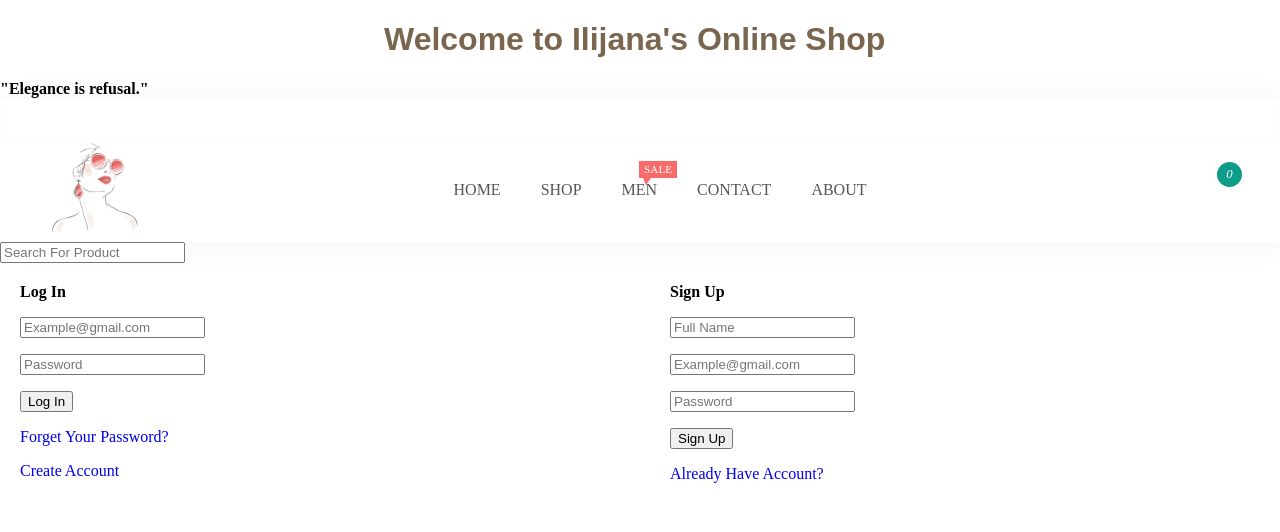
Repository: ilijana123/Proekt1
Page: html.html
The author's editor kept a copy of each file at every save. The page is drawn from the files as they stood at one save, then again after the next save.
The browser window is 1280 px wide. The pictures show the part of the page from y = 0 to 532 px (the page is 4347 px tall before and 4379 px after).
Pictures or frames that could not be fetched are drawn as grey boxes. A picture or video elsewhere on the page could not be fetched, so the positions and the page height are approximate. The page's requests for data from a server got no answer.

Above is the page before, as saved 2023-11-13 14:42:47.
Console error: TypeError: Cannot read properties of null (reading 'appendChild')

### html.html
<!DOCTYPE html>
<html>
    <head>

    <meta charset="utf-8">
    <title>Online shop</title>
    <link rel="stylesheet" type="text/css" href="1.css">
    <script src="script.js"></script>

    </head>

    <body>
    <header>
       <h1>Welcome to Ilijana's Online Shop</h1>
       <blackguote>
       <Strong> "Elegance is refusal." </Strong>
    </blackguote>
    </header>

    <nav>
 <div class="social-call">
     <div class="social">
         <a href="#"><i class="fab fa-facebook-f"></i></a>
         <a href="#"><i class="fab fa-twitter"></i></a>
         <a href="#"><i class="fab fa-youtube"></i></a>
         <a href="#"><i class="fab fa-instagram"></i></a>
     </div>
 </div>
 <div class="navigation">
     <a href="#" class="logo"><img src="logo.png"></a>
     <div class="toggle"></div>
     <ul class="menu">
         <li><a href="#">Home</a></li>
         <li class="shop" data-category="clothes"><a href="#">Shop</a></li>
         <li><a href="#">Men</a>
             <span class="sale-lable">Sale</span>
         </li>
         <li><a href="#">Contact</a></li>
         <li><a href="#">About</a></li>
     </ul>
     <div class="right-menu">
         <a href="javascript:void(0);" class="search">
             <i class="fas fa-search"></i>
         </a>
         <a href="javascript:void(0);" class="user">
             <i class="far fa-user"></i>
         </a>
         <a href="#">
             <i class="fas fa-shopping-cart">
                 <span class="num-cart-product">0</span>
             </i>
         </a>
     </div>
     </div>
 </nav>
 <div class="search-bar">
    <div class="search-input">
    <input type="text" placeholder="Search For Product" name="search" />
    <a href="javascript:void(0);" class="search-cancel">
        <i class="fas fa-times"></i>
    </a>
</div>
    <!-- Додадете секции за секоја категорија -->
    <section id="clothes-section" class="category-section">
        <!-- Содржина за облека -->
    </section>

    <section id="shoes-section" class="category-section">
        <!-- Содржина за обувки -->
    </section>

    <section id="fashion-accessories-section" class="category-section">
        <!-- Содржина за модни додатоци -->
    </section>
</div>
 <div class="form">
    <div class="login-form">
        <a href="javascript:void(0);" class="form-cancel">
            <i class="fas fa-times"></i>
        </a>
        <strong>Log In</strong>
        <form>
            <p><input type="email" name="email" placeholder="Example@gmail.com" required/></p>
            <p><input type="password" name="password" placeholder="Password" required/></p>
            <p><input type="submit" value="Log In"/></p>
        </form>
        <div class="form-btns">
            <p><a href="#" class="forget">Forget Your Password?</a></p>
            <p><a href="javascript:void(0);" class="sign-up-btn">Create Account</a></p>
        </div>
    </div>
        <div class="sign-up-form">
        <a href="javascript:void(0);" class="form-cancel">
            <i class="fas fa-times"></i>
        </a>
            <strong>Sign Up</strong>
            <form>
                <p><input type="text" name="fullname" placeholder="Full Name" required/></p>
                <p><input type="email" name="email" placeholder="Example@gmail.com" required/></p>
                <p><input type="password" name="password" placeholder="Password" required/></p>
                <p><input type="submit" value="Sign Up"/></p>
            </form>
            <div class="form-btns">
                <a href="javascript:void(0);" class="already-account">
                    Already Have Account?</a>

            </div>
        </div>
</div>
<ul id="adaptive" class="cs-hidden">
    <li class="item-a">
<div class="full-slider-box f-slide-1">

    <div class="f-slider-text-container">
    <div class="f-slider-text">
        <span>Limited Offer</span>
        <strong>30% Off<br/> With <font>Promo Code</font></strong>
        <a href="#" class="f-slider-btn">Shop Now</a>
    </div>
    </div>

</div>
</li>
    <li class="item-b">
<div class="full-slider-box f-slide-2">

    <div class="f-slider-text-container">
    <div class="f-slider-text">
        <span>Limited Offer</span>
        <strong>30% Off<br/> With <font>Promo Code</font></strong>
        <a href="#" class="f-slider-btn">Shop Now</a>
    </div>
    </div>

</div>
</li>
     <li class="item-c">
<div class="full-slider-box f-slide-3">

    <div class="f-slider-text-container">
    <div class="f-slider-text">
        <span>Limited Offer</span>
        <strong>30% Off<br/> With <font>Promo Code</font></strong>
        <a href="#" class="f-slider-btn">Shop Now</a>
    </div>
    </div>

</div>
</li>

</ul>
        <ul id="autoWidth" class="container" class="cs-hidden">
            <li class="item">
                <div class="feature-box">
                    <a href="#">
                        <img src="images/feature_1.jpg">
                    </a>
                </div>
                <span>T-Shirts</span>
            </li>
            <li class="item">
                <div class="feature-box">
                    <a href="#">
                        <img src="images/feature_2.jpg">
                    </a>
                </div>
                <span>Men T-Shirts</span>
            </li>
            <li class="item">
                <div class="feature-box">
                    <a href="#">
                        <img src="images/feature_3.jpg">
                    </a>
                </div>
                <span>Kids T-Shirts</span>
            </li>
            <li class="item">
                <div class="feature-box">
                    <a href="#">
                        <img src="images/feature_4.jpg">
                    </a>
                </div>
                <span>Pillow</span>
            </li>
            <li class="item">
                <div class="feature-box">
                    <a href="#">
                        <img src="images/feature_5.jpg">
                    </a>
                </div>
                <span>Phone Cover</span>
            </li>
            <li class="item">
                <div class="feature-box">
                    <a href="#">
                        <img src="images/feature_6.jpg">
                    </a>
                </div>
                <span>Shopping Bags</span>
            </li>

          </ul>
   <section class="new-arrival">
    <div class="arrival-heading">
        <strong>New Arrival</strong>
        <p>We Provide You New Fasion Design Clothes</p>
    </div>
      <div class="product-container">
          <div class="product-box">
              <div class="product-img">
                  <a href="#" class="add-cart">
                      <i class="fas fa-shopping-cart"></i>
                    </a>
                <img src="images/p-1.png">
              </div>
              <div class="product-details">
                  <a href="#" class="p-name">Drawstring T-Shirt</a>
                  <span class="p-price">$22.00</span>
              </div>
          </div>
            <div class="product-box">
                <div class="product-img">
                  <a href="#" class="add-cart"><i class="fas fa-shopping-cart"></i></a>
                  <img src="images/p-2.png">
                </div>
                <div class="product-details">
                    <a href="#" class="p-name">Drawstring T-Shirt</a>
                    <span class="p-price">$22.00</span>
                </div>
            </div>
          <div class="product-box">
            <div class="product-img">
                <a href="#" class="add-cart"><i class="fas fa-shopping-cart"></i></a>
              <img src="images/p-3.png">
            </div>
            <div class="product-details">
                <a href="#" class="p-name">Drawstring T-Shirt</a>
                <span class="p-price">$22.00</span>
            </div>
        </div>
          <div class="product-box">
            <div class="product-img">
                <a href="#" class="add-cart"><i class="fas fa-shopping-cart"></i></a>
              <img src="images/p-4.png">
            </div>
            <div class="product-details">
                <a href="#" class="p-name">Drawstring T-Shirt</a>
                <span class="p-price">$22.00</span>
            </div>
        </div>
          <div class="product-box">
            <div class="product-img">
                <a href="#" class="add-cart"><i class="fas fa-shopping-cart"></i></a>
              <img src="images/p-5.png">
            </div>
            <div class="product-details">
                <a href="#" class="p-name">Drawstring T-Shirt</a>
                <span class="p-price">$22.00</span>
            </div>
        </div>
          <div class="product-box">
            <div class="product-img">
                <a href="#" class="add-cart"><i class="fas fa-shopping-cart"></i></a>
              <img src="images/p-6.png">
            </div>
            <div class="product-details">
                <a href="#" class="p-name">Drawstring T-Shirt</a>
                <span class="p-price">$22.00</span>
            </div>
        </div>
          <div class="product-box">
            <div class="product-img">
                <a href="#" class="add-cart"><i class="fas fa-shopping-cart"></i></a>
              <img src="images/p-7.png">
            </div>
            <div class="product-details">
                <a href="#" class="p-name">Drawstring T-Shirt</a>
                <span class="p-price">$22.00</span>
            </div>
        </div>
          <div class="product-box">
            <div class="product-img">
                <a href="#" class="add-cart">
                    <i class="fas fa-shopping-cart"></i>
                </a>
              <img src="images/p-8.png">
            </div>
            <div class="product-details">
                <a href="#" class="p-name">Drawstring T-Shirt</a>
                <span class="p-price">$22.00</span>
            </div>
        </div>
      </div>
  </section>
 <section class="sale">
    <div class="sale-box sale-1">
        <img src="images/sale-1.jpg">

        <a href="#">
        <div class="sale-text">
          <strong>Bag with rose pattern</strong>
          <span>Sale off 25%</span>
        </div></a>

      </div>
    <div class="sale-box sale-1">
      <img src="images/sale-2.jpg">

      <a href="#"><div class="sale-text">
        <strong>Hello Summer</strong>
        <span>Sale off 20%</span>
      </div></a>

    </div>
     <div class="sale-box sale-1">
      <img src="images/sale-3.jpg">

      <a href="#">
      <div class="sale-text">
        <strong>Let's Party Hard Pillow</strong>
        <span>Sale off 25%</span>
      </div></a>

    </div>

</section>
 <section class="feature-item">
    <div class="feature-heading">
    <strong>Featured Items</strong>
    <p>We Provide You New Fasion Design Clothes</p>
        </div>
      <div class="product-container">
          <div class="product-box">
              <div class="product-img">
                  <a href="#" class="add-cart"><i class="fas fa-shopping-cart"></i></a>
                <img src="images/p-1.png">
              </div>
              <div class="product-details">
                  <a href="#" class="p-name">Drawstring T-Shirt</a>
                  <span class="p-price">$22.00</span>
              </div>
          </div>
            <div class="product-box">
                <div class="product-img">
                  <a href="#" class="add-cart"><i class="fas fa-shopping-cart"></i></a>
                  <img src="images/p-2.png">
                </div>
                <div class="product-details">
                    <a href="#" class="p-name">Drawstring T-Shirt</a>
                    <span class="p-price">$22.00</span>
                </div>
            </div>
          <div class="product-box">
            <div class="product-img">
                <a href="#" class="add-cart"><i class="fas fa-shopping-cart"></i></a>
              <img src="images/p-3.png">
            </div>
            <div class="product-details">
                <a href="#" class="p-name">Drawstring T-Shirt</a>
                <span class="p-price">$22.00</span>
            </div>
        </div>
         <div class="product-box">
            <div class="product-img">
                <a href="#" class="add-cart"><i class="fas fa-shopping-cart"></i></a>
              <img src="images/p-4.png">
            </div>
            <div class="product-details">
                <a href="#" class="p-name">Drawstring T-Shirt</a>
                <span class="p-price">$22.00</span>
            </div>
        </div>

            </div>
            </section>
<div class="banner-box f-slide-3">

    <div class="banner-text-container">
    <div class="banner-text">
        <span>Limited Offer</span>
        <strong>30% Off<br/> With <font>Promo Code</font></strong>
        <a href="#" class="banner-btn">Shop Now</a>
    </div>
    </div>

</div>
    <section class="services">

        <div class="services-box">
            <i class="fas fa-shipping-fast"></i>
            <span>Free Shipping</span>
            <p>Free Shipping for all US order</p>
        </div>
        <div class="services-box">
            <i class="fas fa-headphones-alt"></i>
            <span>Support 24/7</span>
            <p>We support 24h a day</p>
        </div>
        <div class="services-box">
            <i class="fas fa-sync"></i>
            <span>100% Money Back</span>
            <p>You have 30 days to Return</p>
        </div>

    </section>
    <footer>
        <span class="copyright">
            &copy All rights for this page are reserved.
        </span>
        <div class="subscribe">
            <form>
            <input type="email" placeholder="Example@gmail.com" required/>
            <input type="submit" value="Subscribe">
            </form>
        </div>
    </footer>
    </body>
</html>

Loaded but not shown: script.js (196 lines, source omitted); 1.css (678 lines, source omitted)

After the next save:
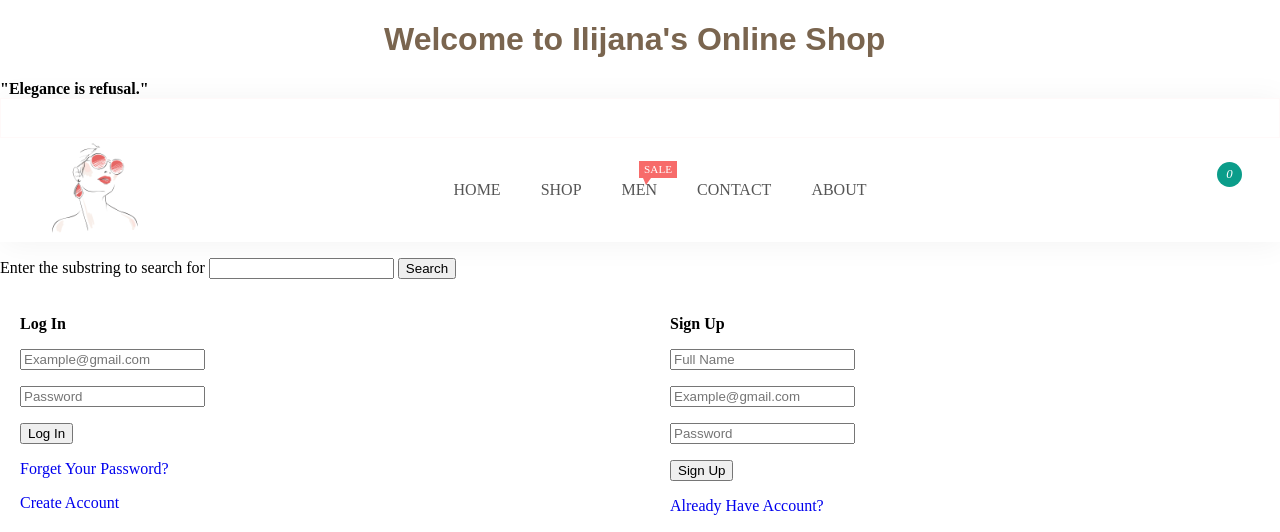
Saved 9 min 15 s later.
--- a/html.html
+++ b/html.html
@@ -53,13 +53,13 @@
      </div>
      </div>
  </nav>
- <div class="search-bar">
-    <div class="search-input">
-    <input type="text" placeholder="Search For Product" name="search" />
-    <a href="javascript:void(0);" class="search-cancel">
-        <i class="fas fa-times"></i>
-    </a>
-</div>
+ <form id = "search-bar" action = "#">
+     <p>Enter the substring to search for
+     <input id = "inputField" type = "search">
+     <input id = "searchButton" type = "button" value = "Search"></p>
+     <div id = "results"></div>
+     </form>
+
     <!-- Додадете секции за секоја категорија -->
     <section id="clothes-section" class="category-section">
         <!-- Содржина за облека -->

After the save that followed:
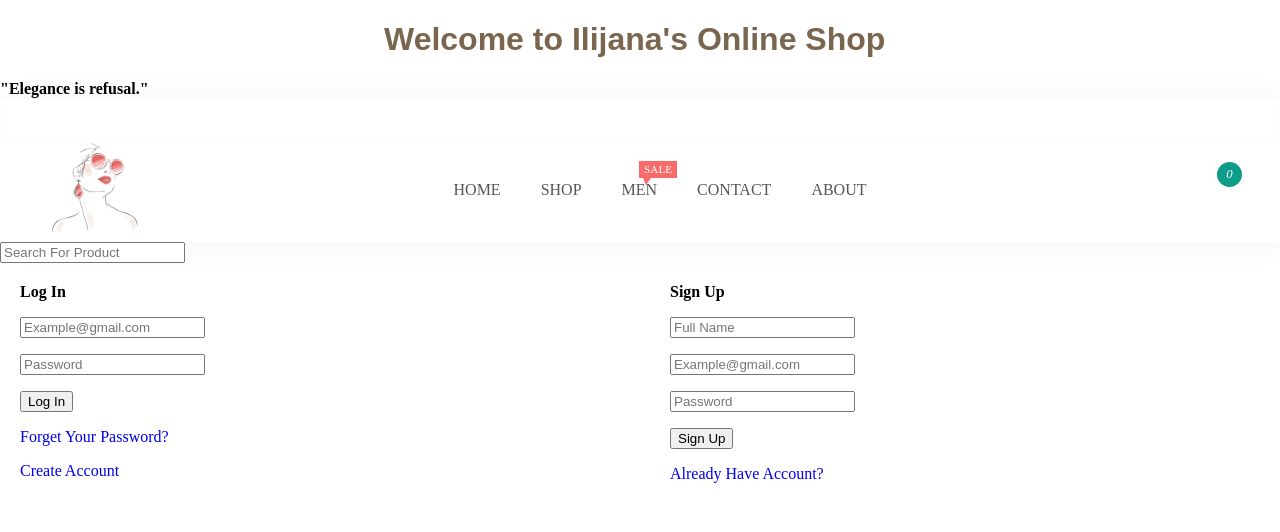
Saved 2 min 19 s later.
--- a/html.html
+++ b/html.html
@@ -53,25 +53,13 @@
      </div>
      </div>
  </nav>
- <form id = "search-bar" action = "#">
-     <p>Enter the substring to search for
-     <input id = "inputField" type = "search">
-     <input id = "searchButton" type = "button" value = "Search"></p>
-     <div id = "results"></div>
-     </form>
-
-    <!-- Додадете секции за секоја категорија -->
-    <section id="clothes-section" class="category-section">
-        <!-- Содржина за облека -->
-    </section>
-
-    <section id="shoes-section" class="category-section">
-        <!-- Содржина за обувки -->
-    </section>
-
-    <section id="fashion-accessories-section" class="category-section">
-        <!-- Содржина за модни додатоци -->
-    </section>
+ <div class="search-bar">
+    <div class="search-input">
+    <input type="text" placeholder="Search For Product" name="search" />
+    <a href="javascript:void(0);" class="search-cancel">
+        <i class="fas fa-times"></i>
+    </a>
+</div>
 </div>
  <div class="form">
     <div class="login-form">
